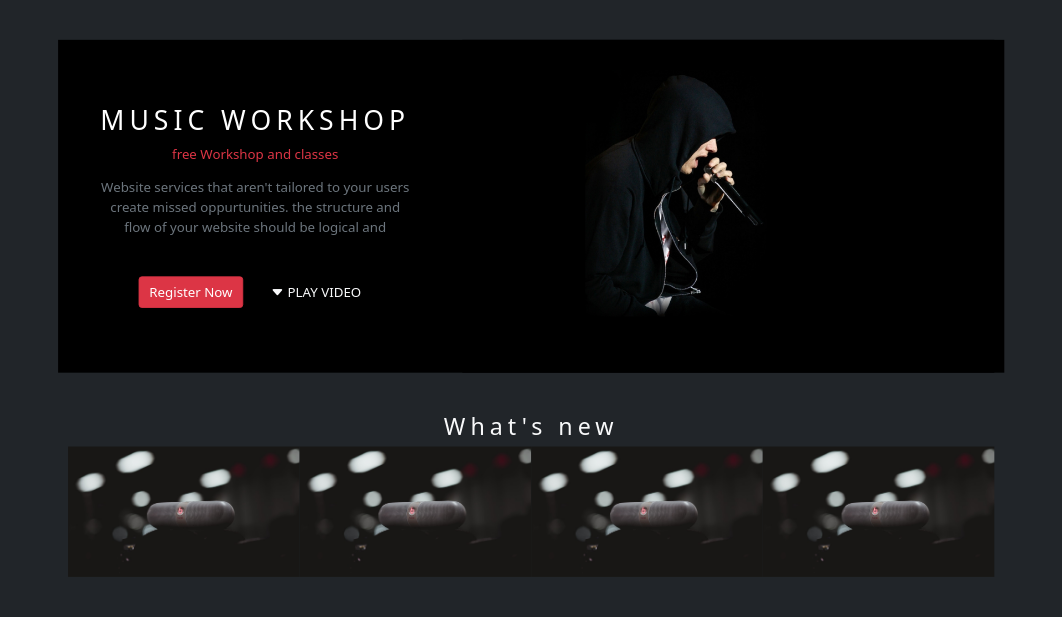
Repository: Eugene44-hub/music-workshop-site
Page: index.html
An editor plug-in stored every save of this project. The page is shown before and after the next save, followed by the edit.
The browser window is 1280 px wide. The pictures show the whole page, at 83% of full size.
Some web libraries are served in a nearby version.

Above is the page before, as saved 2021-10-22 16:26:32.

### index.html
<!DOCTYPE html>
<html lang="en">

<head>
    <meta charset="UTF-8">
    <meta http-equiv="X-UA-Compatible" content="IE=edge">
    <meta name="viewport" content="width=device-width, initial-scale=1.0">
    <title>Document</title>
    <link rel="stylesheet" href="style.css">
    <!-- CSS only -->
    <link href="https://cdn.jsdelivr.net/npm/bootstrap@5.1.3/dist/css/bootstrap.min.css" rel="stylesheet" integrity="sha384-1BmE4kWBq78iYhFldvKuhfTAU6auU8tT94WrHftjDbrCEXSU1oBoqyl2QvZ6jIW3" crossorigin="anonymous">
    <link rel="stylesheet" href="https://cdn.jsdelivr.net/npm/bootstrap-icons@1.6.1/font/bootstrap-icons.css">
</head>

<body class="bg-dark p-md-5 p-3">
    <!-- registeration starts  -->
    <section id="registration">
        <div class="container">
            <div class="row text-white bg-black align-items-center" id="regImg">
                <div id="regText" class="col-lg-5 text-center p-5">
                    <h2 id="musicheader" class="text-uppercase fs-2">
                        music workshop </h2>
                    <p class="text-danger"> free Workshop and classes</p>
                    <p class="text-secondary">Website services that aren't tailored to your users create missed oppurtunities. the structure and flow of your website should be logical and</p>
                    <div class="mt-5">
                        <button class="btn btn-danger mx-2">Register Now</button>
                        <button class="btn text-light mx-2"><i class="bi bi-caret-down-fill"></i> PLAY VIDEO</button>
                    </div>
                </div>
                <div class="col-md"> <img src="images/eminem.jpg" alt="" class="img-fluid"></div>

            </div>
        </div>
    </section>
    <!-- registeration ends  -->

    <!-- whats new starts -->
    <section>
        <div class="container">
            <h2 id="new" class='text-center text-light fs-3 mt-5'>What's new</h2>
            <div class="d-flex">
                <div class="col-md">
                    <img src="images/speaker.jpg" class="img-fluid" alt="">
                </div>
                <div class="col-md">
                    <img src="images/speaker.jpg" class="img-fluid" alt="">
                </div>
                <div class="col-md">
                    <img src="images/speaker.jpg" class="img-fluid" alt="">
                </div>
                <div class="col-md">
                    <img src="images/speaker.jpg" class="img-fluid" alt="">
                </div>
            </div>
        </div>

    </section>
    <!-- whats new ends -->
</body>
<!-- JavaScript Bundle with Popper -->
<script src="https://cdn.jsdelivr.net/npm/bootstrap@5.1.3/dist/js/bootstrap.bundle.min.js" integrity="sha384-ka7Sk0Gln4gmtz2MlQnikT1wXgYsOg+OMhuP+IlRH9sENBO0LRn5q+8nbTov4+1p" crossorigin="anonymous"></script>

</html>

### style.css
#musicheader,
#new {
    letter-spacing: 6px
}


/* #regImg {
    background-image: url('images/eminem.jpg');
    background-repeat: no-repeat;
    background-position-x: left;
    background-position-y: top;
    background-size: auto;
    background-size: cover;
} */

After the next save:
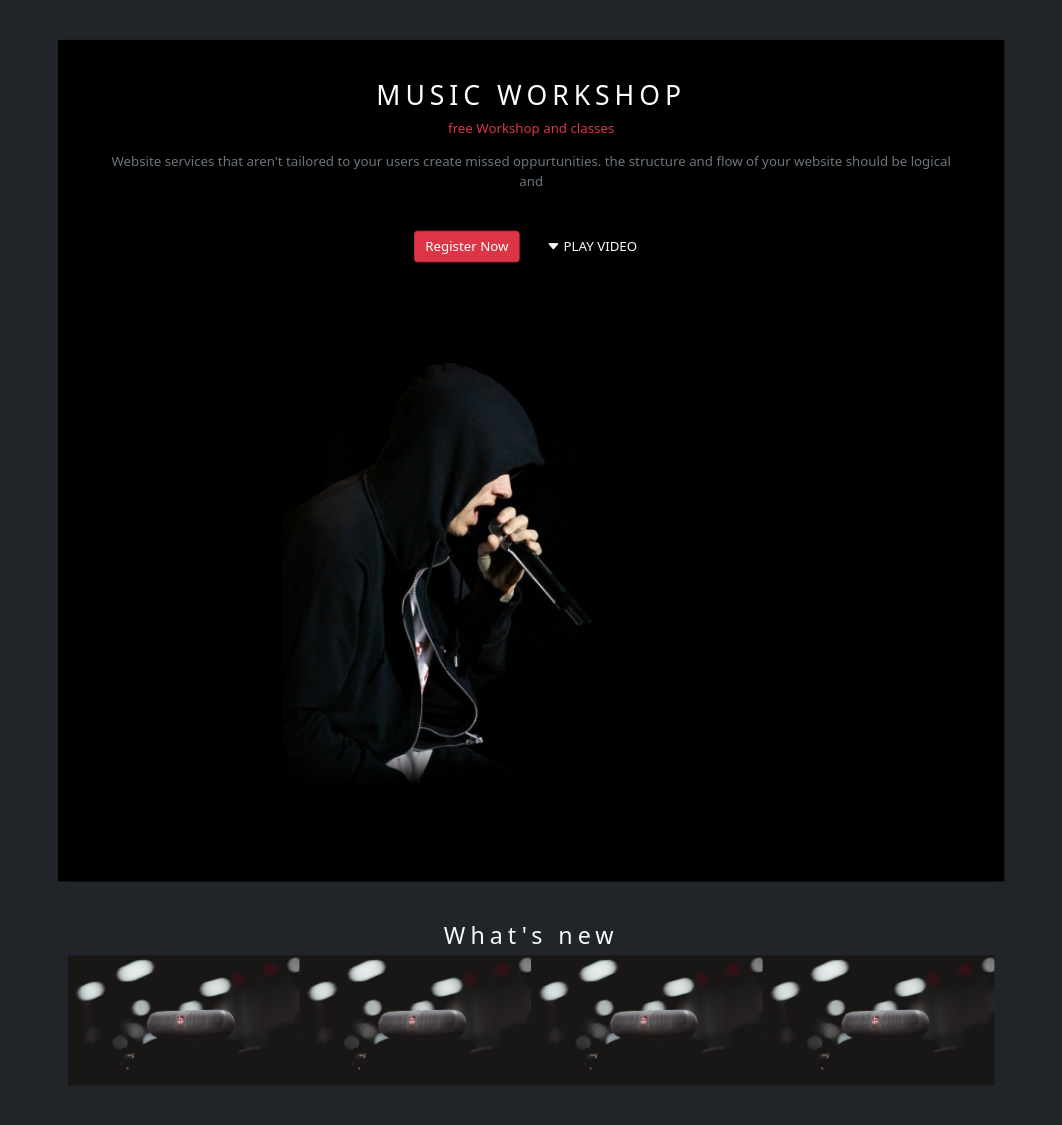
Saved 40 s later.
--- a/index.html
+++ b/index.html
@@ -17,7 +17,7 @@
     <section id="registration">
         <div class="container">
             <div class="row text-white bg-black align-items-center" id="regImg">
-                <div id="regText" class="col-lg-5 text-center p-5">
+                <div id="regText" class="col- text-center p-5">
                     <h2 id="musicheader" class="text-uppercase fs-2">
                         music workshop </h2>
                     <p class="text-danger"> free Workshop and classes</p>
